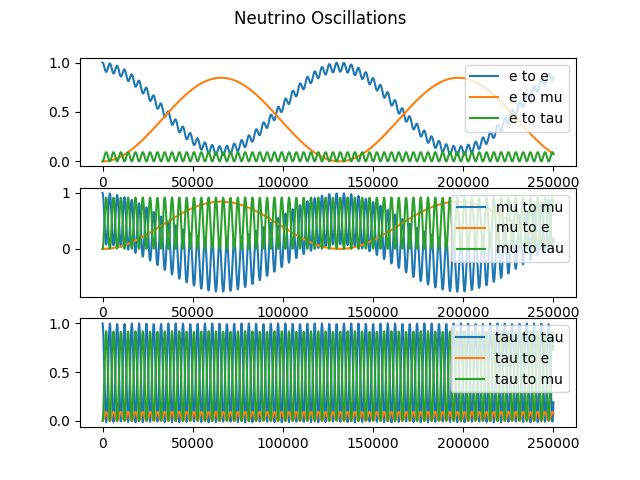
Repository: MichaelCullen2011/QuantumAndNeutrinos
Script's output: python neutrinos.py
The author's editor kept a copy of each file at every save. The script's output is drawn from the files as they stood at one save, then again after the next save.
Random numbers start from a fixed seed.

Above is the script's output before, as saved 2021-06-02 16:40:18.

After the next save:
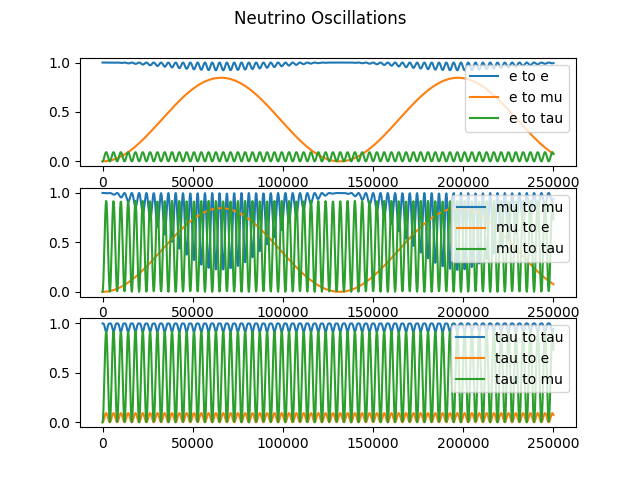
Saved 29 s later.
--- a/neutrinos.py
+++ b/neutrinos.py
@@ -79,14 +79,15 @@ class Oscillations:
             for change in self.prob_list.keys():
                 if change not in ['ee', 'uu', 'tt']:
                     self.prob_list[change].append(Oscillations.prob(self, flavours=change, x=x))
-            self.prob_list['ee'].append(1 - (self.prob_list['eu'][-1] + self.prob_list['et'][-1]))
-            self.prob_list['uu'].append(1 - (self.prob_list['ue'][-1] + self.prob_list['ut'][-1]))
-            self.prob_list['tt'].append(1 - (self.prob_list['te'][-1] + self.prob_list['tu'][-1]))
+            self.prob_list['ee'].append(1 - (self.prob_list['eu'][-1] * self.prob_list['et'][-1]))
+            self.prob_list['uu'].append(1 - (self.prob_list['ue'][-1] * self.prob_list['ut'][-1]))
+            self.prob_list['tt'].append(1 - (self.prob_list['te'][-1] * self.prob_list['tu'][-1]))
 
         self.prob_reduced['e'] = [self.prob_list['ee'], self.prob_list['eu'], self.prob_list['et']]
         self.prob_reduced['u'] = [self.prob_list['uu'], self.prob_list['ue'], self.prob_list['ut']]
         self.prob_reduced['t'] = [self.prob_list['tt'], self.prob_list['te'], self.prob_list['tu']]
         Oscillations.plot(self)
+
 
     def plot(self):
         fig, axs = plt.subplots(3)
@@ -124,6 +125,7 @@ class Oscillations:
         # plt.legend(self.prob_reduced.keys())
         # plt.legend(self.prob_neut.keys())
         plt.show()
+
 
     def prob(self, flavours, x):
         if flavours == 'eu':
